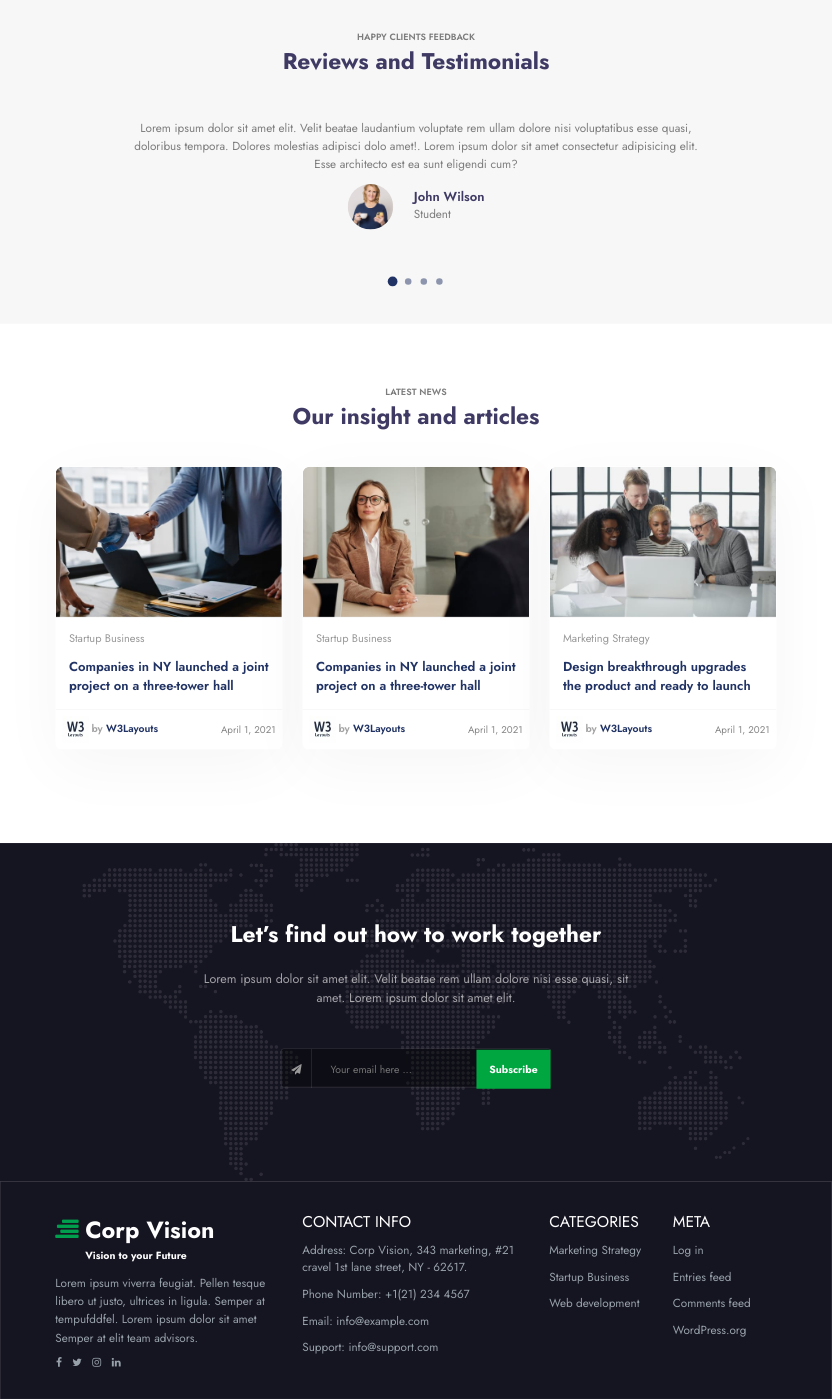
Repository: khaipnp/corpvision
Page: index.html
These files come from the project's save history. The page is drawn as it stood at one moment and after the next save; the edit follows.
The browser window is 1280 px wide. The pictures show the whole page, at 65% of full size.

Above is the page before, as saved 2021-07-04 15:17:44.

### index.html
<!DOCTYPE html>
<html lang="en">
  <head>
    <meta charset="UTF-8" />
    <meta http-equiv="X-UA-Compatible" content="IE=edge" />
    <meta name="viewport" content="width=device-width, initial-scale=1.0" />
    <title>Corpvision</title>
    <meta name="description" content="Corpvision Website" />
    <!-- FONT-GOOGLE -->
    <link rel="preconnect" href="https://fonts.gstatic.com" />
    <link
      href="https://fonts.googleapis.com/css2?family=Jost:ital,wght@0,100;0,200;0,300;0,400;0,500;0,600;0,700;0,800;0,900;1,400&display=swap"
      rel="stylesheet"
    />
    <!-- FONT-AWSOME -->
    <link
      rel="stylesheet"
      href="https://cdnjs.cloudflare.com/ajax/libs/font-awesome/5.15.3/css/all.min.css"
      integrity="sha512-iBBXm8fW90+nuLcSKlbmrPcLa0OT92xO1BIsZ+ywDWZCvqsWgccV3gFoRBv0z+8dLJgyAHIhR35VZc2oM/gI1w=="
      crossorigin="anonymous"
      referrerpolicy="no-referrer"
    />
    <link rel="stylesheet" href="./css/font-awesome.min.css" />
    <!-- OWL CAROUSEL -->
    <link
      rel="stylesheet"
      href="https://cdnjs.cloudflare.com/ajax/libs/OwlCarousel2/2.3.4/assets/owl.carousel.min.css"
      integrity="sha512-tS3S5qG0BlhnQROyJXvNjeEM4UpMXHrQfTGmbQ1gKmelCxlSEBUaxhRBj/EFTzpbP4RVSrpEikbmdJobCvhE3g=="
      crossorigin="anonymous"
      referrerpolicy="no-referrer"
    />
    <link
      rel="stylesheet"
      href="https://cdnjs.cloudflare.com/ajax/libs/OwlCarousel2/2.3.4/assets/owl.theme.default.css"
      integrity="sha512-OTcub78R3msOCtY3Tc6FzeDJ8N9qvQn1Ph49ou13xgA9VsH9+LRxoFU6EqLhW4+PKRfU+/HReXmSZXHEkpYoOA=="
      crossorigin="anonymous"
      referrerpolicy="no-referrer"
    />
    <!-- BOOTSTRAP -->
    <link
      rel="stylesheet"
      href="https://cdn.jsdelivr.net/npm/bootstrap@4.6.0/dist/css/bootstrap.min.css"
      integrity="sha384-B0vP5xmATw1+K9KRQjQERJvTumQW0nPEzvF6L/Z6nronJ3oUOFUFpCjEUQouq2+l"
      crossorigin="anonymous"
    />
    <!-- MAIN CSS -->
    <link rel="stylesheet" href="./css/main.css" />
  </head>
  <body>
    <header></header>
    <section class="feedback">
      <div class="feedback__content py-5">
        <div class="container">
          <h5 class="small-title col-12 text-center">Happy clients Feedback</h5>
          <h3 class="big-title col-12 text-center">Reviews and Testimonials</h3>
          <div class="testimonials owl-carousel owl-theme">
            <div class="testimonials__item">
              <p class="text-center col-12">
                Lorem ipsum dolor sit amet elit. Velit beatae laudantium
                voluptate rem ullam dolore nisi voluptatibus esse quasi,
                doloribus tempora. Dolores molestias adipisci dolo amet!. Lorem
                ipsum dolor sit amet consectetur adipisicing elit. Esse
                architecto est ea sunt eligendi cum?
              </p>
              <div
                class="
                  testimonials__desc
                  row
                  align-items-center
                  justify-content-center
                "
              >
                <div class="avatar mr-3">
                  <img src="./img/team1.jpg" alt="team 1" />
                </div>
                <div class="name ml-3">
                  <h3>John Wilson</h3>
                  <p>Student</p>
                </div>
              </div>
            </div>
            <div class="testimonials__item">
              <p class="text-center col-12">
                Lorem ipsum dolor sit amet elit. Velit beatae laudantium
                voluptate rem ullam dolore nisi voluptatibus esse quasi,
                doloribus tempora. Dolores molestias adipisci dolo amet!. Lorem
                ipsum dolor sit amet consectetur adipisicing elit. Esse
                architecto est ea sunt eligendi cum?
              </p>
              <div
                class="
                  testimonials__desc
                  row
                  align-items-center
                  justify-content-center
                "
              >
                <div class="avatar mr-3">
                  <img src="./img/team2.jpg" alt="team 2" />
                </div>
                <div class="name ml-3">
                  <h3>Julia Sakura</h3>
                  <p>Student</p>
                </div>
              </div>
            </div>
            <div class="testimonials__item">
              <p class="text-center col-12">
                Lorem ipsum dolor sit amet elit. Velit beatae laudantium
                voluptate rem ullam dolore nisi voluptatibus esse quasi,
                doloribus tempora. Dolores molestias adipisci dolo amet!. Lorem
                ipsum dolor sit amet consectetur adipisicing elit. Esse
                architecto est ea sunt eligendi cum?
              </p>
              <div
                class="
                  testimonials__desc
                  row
                  align-items-center
                  justify-content-center
                "
              >
                <div class="avatar mr-3">
                  <img src="./img/team3.jpg" alt="team 3" />
                </div>
                <div class="name ml-3">
                  <h3>Roy Linderson</h3>
                  <p>Student</p>
                </div>
              </div>
            </div>
            <div class="testimonials__item">
              <p class="text-center col-12">
                Lorem ipsum dolor sit amet elit. Velit beatae laudantium
                voluptate rem ullam dolore nisi voluptatibus esse quasi,
                doloribus tempora. Dolores molestias adipisci dolo amet!. Lorem
                ipsum dolor sit amet consectetur adipisicing elit. Esse
                architecto est ea sunt eligendi cum?
              </p>
              <div
                class="
                  testimonials__desc
                  row
                  align-items-center
                  justify-content-center
                "
              >
                <div class="avatar mr-3">
                  <img src="./img/team4.jpg" alt="team 4" />
                </div>
                <div class="name ml-3">
                  <h3>Smith Johnson</h3>
                  <p>Student</p>
                </div>
              </div>
            </div>
          </div>
        </div>
      </div>
    </section>
    <section class="news py-5">
      <div class="news__content py-5">
        <div class="container">
          <h5 class="small-title col-12 text-center">LATEST NEWS</h5>
          <h3 class="big-title col-12 text-center">Our insight and articles</h3>
          <div class="row py-5">
            <div class="news__item col-md-6 col-lg-4">
              <div class="news__card">
                <div class="card__thumbnail p-0 position-relative">
                  <img src="./img/blog1.jpg" alt="blog 1" />
                </div>
                <div class="card__content">
                  <p>Startup Business</p>
                  <a href="#">Companies in NY launched a joint project on a three-tower
                    hall</a>
                </div>
                <div class="card__footer">
                  <span><img src="./img/icon.jpeg" alt="" /> by <a href="#">W3Layouts</a></span>
                  <p>April 1, 2021</p>
                </div>
              </div>
            </div>
            <div class="news__item col-md-6 col-lg-4">
              <div class="news__card">
                <div class="card__thumbnail p-0 position-relative">
                  <img src="./img/blog2.jpg" alt="blog 1" />
                </div>
                <div class="card__content">
                  <p>Startup Business</p>
                  <a href="#">Companies in NY launched a joint project on a three-tower
                    hall</a>
                </div>
                <div class="card__footer">
                  <span><img src="./img/icon.jpeg" alt="" /> by <a href="#">W3Layouts</a></span>
                  <p>April 1, 2021</p>
                </div>
              </div>
            </div>
            <div class="news__item col-md-6 col-lg-4">
              <div class="news__card">
                <div class="card__thumbnail p-0 position-relative">
                  <img src="./img/blog3.jpg" alt="blog 1" />
                </div>
                <div class="card__content">
                  <p>Marketing Strategy</p>
                  <a href="#">Design breakthrough upgrades the product and ready to launch</a>
                </div>
                <div class="card__footer">
                  <span><img src="./img/icon.jpeg" alt="" /> by <a href="#">W3Layouts</a></span>
                  <p>April 1, 2021</p>
                </div>
              </div>
            </div>
          </div>
        </div>
      </div>
    </section>
    <div class="subscribe py-5">
      <div class="container">
        <div class="sub__box my-5 mx-auto align-items-center justify-content-center">
          <h3 class="big-title py-4 col-12 text-center">Let’s find out how to work together<h3>
          <p class="col-12 text-center">Lorem ipsum dolor sit amet elit. Velit beatae rem ullam dolore nisi esse quasi, sit amet. Lorem ipsum dolor sit amet elit.</p>
          <div class="input__email justify-content-center py-5">
            <form>
              <i class="fa fa-paper-plane"></i>
              <input type="email" placeholder="Your email here ...">
              <button>Subscribe</button>
            </form>
          </div>
        </div>
      </div>
    </div>
    <footer>
      <div class="footer__info container py-5">
        <div class="row">
          <div class="footer__content col-md-6 col-lg-4">
            <div class="logo__footer__content pb-3">
              <div class="logo__footer"><i class="fa fa-align-right"></i>Corp Vision</div>
              <div class="slogan">Vision to your Future</div>
            </div>
            <p>Lorem ipsum viverra feugiat. Pellen tesque libero ut justo, ultrices in ligula. Semper at tempufddfel. Lorem ipsum dolor sit amet Semper at elit team advisors.</p>
            <div class="social__network row justify-content-start">
              <i class="fa fa-facebook pl-3"></i>
              <i class="fa fa-twitter pl-3"></i>
              <i class="fa fa-instagram pl-3"></i>
              <i class="fa fa-linkedin pl-3"></i>
            </div>
          </div>
          <div class="footer__content col-md-6 col-lg-4 mt-md-0 mt-5">
            <h4>CONTACT INFO</h4>
            <ul class="list-group list-group-flush">
              <li class="list-group-item">Address: Corp Vision, 343 marketing, #21 cravel 1st lane street, NY - 62617.</li>
              <li class="list-group-item">Phone Number: <a href="tel:+1212344567">+1(21) 234 4567</a></li>
              <li class="list-group-item">Email: <a href="mailto:">info@example.com</a></li>
              <li class="list-group-item">Support: <a href="mailto:">info@support.com</a></li>
            </ul>
          </div>
          <div class="footer__content col-md-6 col-lg-2 mt-lg-0 mt-5">
            <h4>CATEGORIES</h4>
            <ul class="list-group list-group-flush">
              <li class="list-group-item"><a href="/">Marketing Strategy</a></li>
              <li class="list-group-item"><a href="/">Startup Business</a></li>
              <li class="list-group-item"><a href="/">Web development</a></li>
            </ul>
          </div>
          <div class="footer__content col-md-6 col-lg-2 mt-lg-0 mt-5">
            <h4>META</h4>
            <ul class="list-group list-group-flush">
              <li class="list-group-item"><a href="/">Log in</a></li>
              <li class="list-group-item"><a href="/">Entries feed</a></li>
              <li class="list-group-item"><a href="/">Comments feed</a></li>
              <li class="list-group-item"><a href="/">WordPress.org</a></li>
            </ul>
          </div>
        </div>
      </div>
    </footer>
    <!-- SCRIPT -->
    <!-- BOOTSTRAP -->
    <script
      src="https://cdnjs.cloudflare.com/ajax/libs/jquery/3.6.0/jquery.js"
      integrity="sha512-n/4gHW3atM3QqRcbCn6ewmpxcLAHGaDjpEBu4xZd47N0W2oQ+6q7oc3PXstrJYXcbNU1OHdQ1T7pAP+gi5Yu8g=="
      crossorigin="anonymous"
      referrerpolicy="no-referrer"
    ></script>
    <script
      src="https://cdn.jsdelivr.net/npm/bootstrap@4.6.0/dist/js/bootstrap.bundle.min.js"
      integrity="sha384-Piv4xVNRyMGpqkS2by6br4gNJ7DXjqk09RmUpJ8jgGtD7zP9yug3goQfGII0yAns"
      crossorigin="anonymous"
    ></script>
    <!-- OWL CAROUSEL -->
    <script src="./js/owl.carousel.min.js"></script>
    <script>
      $(document).ready(function () {
        $(".owl-carousel").owlCarousel({
          navigation: false,
          slideSpeed: 300,
          paginationSpeed: 400,
          singleItem: true,
          items: 1,
          // itemsDesktop : false,
          // itemsDesktopSmall : false,
          // itemsTablet: false,
          // itemsMobile : false
        });
      });
    </script>
  </body>
</html>

### css/main.css
* {
  padding: 0;
  margin: 0;
  box-sizing: border-box;
}

html,
body {
  font-family: "Jost", sans-serif;
  background: #fff;
}

.small-title {
  color: #7e7d7d;
  font-size: 14px;
  font-weight: 600;
  text-transform: uppercase;
}

.big-title {
  color: #3f3a64;
  font-size: 35px;
  font-weight: 700;
}

/* FEEDBACK */
.feedback {
  background-color: #f7f7f7;
}

.testimonials__item {
  margin: 60px auto;
  display: block;
  max-width: 900px;
  height: auto;
}

.testimonials__item p {
  color: #7e7d7d;
  font-size: 18px;
  line-height: 28px;
}

.testimonials__desc .avatar {
  width: 70px;
  height: 70px;
  overflow: hidden;
  border-radius: 50%;
}

.testimonials__desc .avatar img {
  width: 100%;
  height: 100%;
  object-fit: cover;
}

.name h3 {
  font-size: 20px;
  margin: 0;
  font-weight: 600;
  color: #3f3a64;
}
.name p {
  font-style: normal;
  margin-bottom: 0;
}

.owl-theme .owl-dots .owl-dot.active span,
.owl-theme .owl-dots .owl-dot span {
  background: rgba(33, 51, 100, 0.5);
  transform: scale(1);
  transition: all 0.5s;
}

.owl-theme .owl-dots .owl-dot.active span,
.owl-theme .owl-dots .owl-dot:hover span {
  background: #213364 !important;
  transform: scale(1.5);
}

/* NEWS */
.news__card {
  background-color: #fff;
  box-shadow: 0 25px 98px 0 rgb(0 0 0 / 4%);
  border: 1px solid transparent;
  border-radius: 10px;
}

.card__thumbnail {
  overflow: hidden;
  border-radius: 10px 10px 0 0;
}

.card__thumbnail img {
  width: 100%;
  border-radius: 10px 10px 0 0;
  object-fit: cover;
  cursor: pointer;
  transition: all 0.5s;
}

.card__thumbnail img:hover {
  transform: scale(1.15);
}

.card__content {
  padding: 20px;
}

.card__content p {
  color: #999;
  font-size: 17px;
  font-weight: 400;
}

.card__content a {
  text-decoration: none;
  color: #213364;
  font-size: 20px;
  font-weight: 600;
  transition: all 0.5s;
  cursor: pointer;
}

.card__content a:hover {
  color: #00a63f;
}

.card__footer {
  display: flex;
  justify-content: space-between;
  align-items: center;
  border-top: 1px solid rgba(126, 125, 125, 0.1);
  padding: 10px;
}

.card__footer a {
  color: #213364;
  font-size: 1rem;
  font-weight: 600;
  cursor: pointer;
  transition: all 0.5s;
  text-decoration: none;
}

.card__footer a:hover {
  color: #00a63f;
}

.card__footer img {
  cursor: pointer;
}

.card__footer span {
  color: rgb(102, 102, 102, 0.6);
  font-weight: 600;
}

.card__footer p {
  margin-bottom: 0;
  font-size: 15px;
  color: rgb(102, 102, 102, 0.8);
}

/* SUBCRIBE */
.subscribe {
  background-image: url(../img/map.png);
  background-color: #151421;
  background-size: contain;
  background-repeat: no-repeat;
  background-position: center;
}

.sub__box {
  max-width: 700px;
}

.sub__box .big-title {
  color: #fff;
}

.sub__box p {
  font-size: 1.2rem;
  color: rgba(255, 255, 255, 0.6);
  line-height: 1.5;
  font-weight: 400;
}

.input__email {
  display: flex;
}

.input__email form {
  border: 1px solid rgb(255, 255, 255, 0.15);
  border-radius: 5px;
  height: 60px;
  background: rgb(0, 0, 0, 0.35);
  max-width: 550px;
}

.input__email input {
  color: #999;
  padding: 20px 20px;
  border: none;
  font-size: 1rem;
  outline: none;
  background: none;
}

.input__email button {
  background-color: #00a63f;
  color: #fff;
  height: 60px;
  padding: 0 20px;
  border: none;
  font-size: 1rem;
  font-weight: 700;
  line-height: 60px;
  text-align: center;
}

.input__email i {
  text-align: center;
  color: #999;
  font-size: 1rem;
  border-right: 1px solid rgb(255, 255, 255, 0.15);
  line-height: 60px;
  padding: 0 15px;
}

/* FOOTER */

footer {
  background-color: #151421;
  border: 1px solid rgb(255, 255, 255, 0.15);
}

.footer__content p {
  color: #97a1a9;
  font-size: 18px;
  line-height: 28px;
}

.logo__footer {
  display: inline-block;
  font-size: 36px;
  font-weight: bold;
  color: #fefefe;
}

.logo__footer i {
  color: #009f4d !important;
  font-size: 36px !important;
  margin-right: 10px;
}

.slogan {
  padding-left: 46px;
  font-weight: bold;
  color: #fefefe;
}

.footer__content a {
  text-decoration: none;
  color: #97a1a9;
  transition: all 0.5s ease;
}

.footer__content a:hover {
  text-decoration: none;
  color: #fefefe;
}

.footer__content i {
  color: #97a1a9;
}

.footer__content h4 {
  color: #fefefe;
  font-weight: normal;
}

.footer__content .list-group-item {
  background-color: transparent !important;
  color: #97a1a9;
  border: none !important;
  font-size: 18px;
  padding: 7px 0 !important;
}

Loaded but not shown: css/font-awesome.min.css (library); js/owl.carousel.min.js (library)

After the next save:
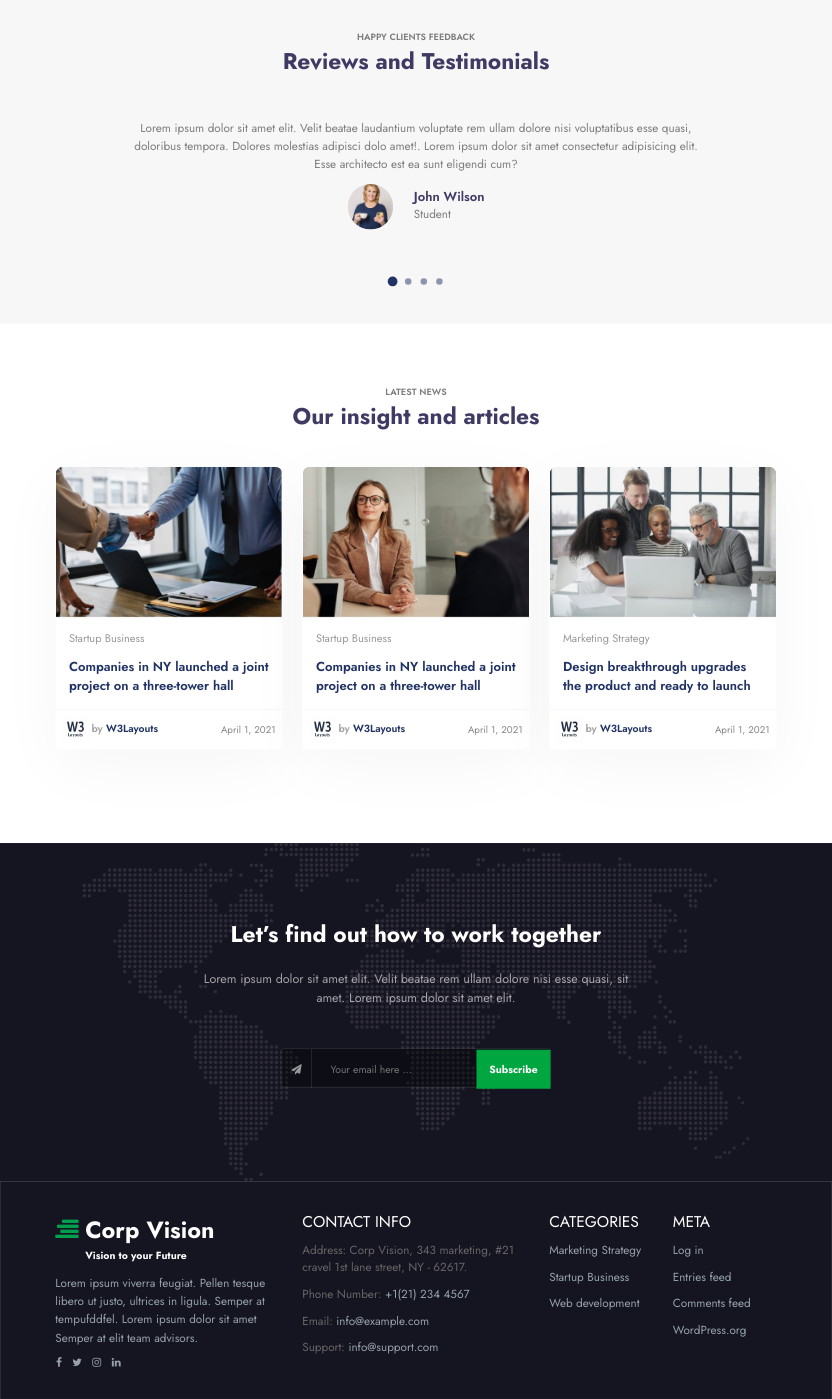
Saved 35 s later.
--- a/css/main.css
+++ b/css/main.css
@@ -282,7 +282,7 @@ footer {
 
 .footer__content .list-group-item {
   background-color: transparent !important;
-  color: #97a1a9;
+  color: #666;
   border: none !important;
   font-size: 18px;
   padding: 7px 0 !important;
